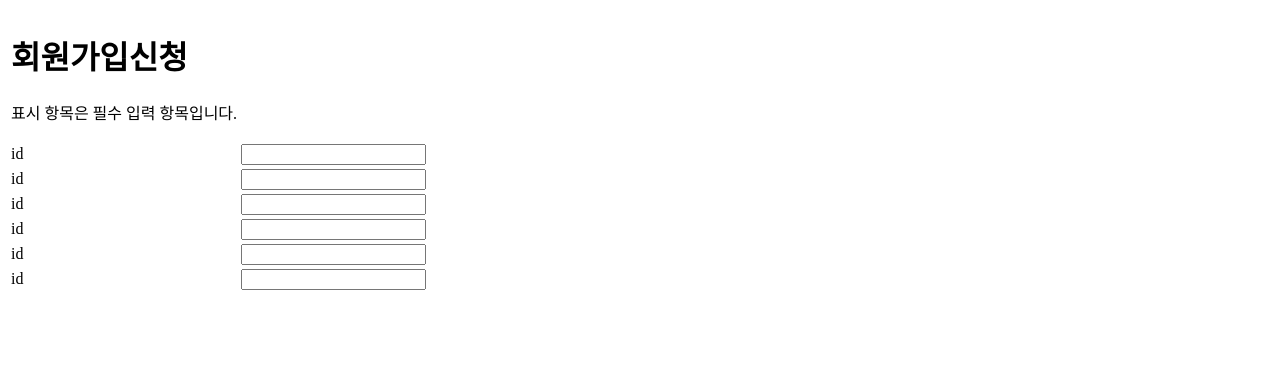
Repository: lch901/webStudy
Page: http://localhost/beanPro/register.jsp
An editor plug-in stored every save of this project. The page is shown before and after the next save, followed by the edit.
The browser window is 1280 px wide. The pictures show the whole page.
The page is served by Tomcat 9. Other server files are loaded and not shown.

Above is the page before, as saved 2020-08-25 00:35:30.

### beanPro/WebContent/register.jsp
<%@ page language="java" contentType="text/html; charset=UTF-8"
    pageEncoding="UTF-8"%>
<!DOCTYPE html PUBLIC "-//W3C//DTD HTML 4.01 Transitional//EN" "http://www.w3.org/TR/html4/loose.dtd">
<html>
<head>
<meta http-equiv="Content-Type" content="text/html; charset=UTF-8">
<title>Insert title here</title>
</head>
<body>
	<form action="resiger_ok.jsp" method="get">
		<table>
			<tr>
				<td><h1>회원가입신청</h1><p>표시 항목은 필수 입력 항목입니다.</p></td>
			</tr>
			<tr><td>id</td><td><input type="text" name="mem_uid"></td></tr>
			<tr><td>id</td><td><input type="text" name="mem_uid"></td></tr>
			<tr><td>id</td><td><input type="text" name="mem_uid"></td></tr>
			<tr><td>id</td><td><input type="text" name="mem_uid"></td></tr>
			<tr><td>id</td><td><input type="text" name="mem_uid"></td></tr>
			<tr><td>id</td><td><input type="text" name="mem_uid"></td></tr>
		</table>
	</form>
</body>
</html>

After the next save:
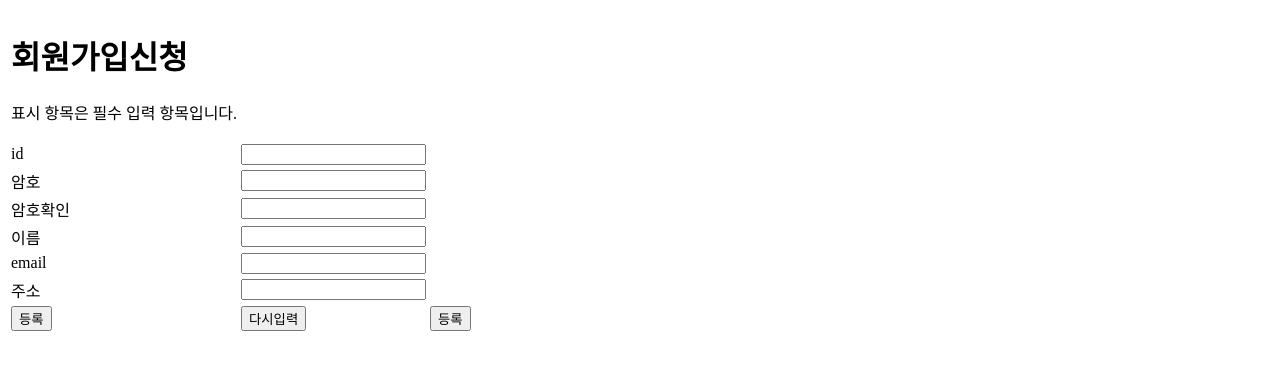
Saved 84 s later.
--- a/beanPro/WebContent/register.jsp
+++ b/beanPro/WebContent/register.jsp
@@ -13,11 +13,16 @@
 				<td><h1>회원가입신청</h1><p>표시 항목은 필수 입력 항목입니다.</p></td>
 			</tr>
 			<tr><td>id</td><td><input type="text" name="mem_uid"></td></tr>
-			<tr><td>id</td><td><input type="text" name="mem_uid"></td></tr>
-			<tr><td>id</td><td><input type="text" name="mem_uid"></td></tr>
-			<tr><td>id</td><td><input type="text" name="mem_uid"></td></tr>
-			<tr><td>id</td><td><input type="text" name="mem_uid"></td></tr>
-			<tr><td>id</td><td><input type="text" name="mem_uid"></td></tr>
+			<tr><td>암호</td><td><input type="text" name="mem_pwd"></td></tr>
+			<tr><td>암호확인</td><td><input type="text" name="mem_name"></td></tr>
+			<tr><td>이름</td><td><input type="text" name="mem_email"></td></tr>
+			<tr><td>email</td><td><input type="text" name="mem_regdate"></td></tr>
+			<tr><td>주소</td><td><input type="text" name="mem_addr"></td></tr>
+			<tr>
+				<td><input type="submit" value="등록"></td>
+				<td><input type="reset" value="다시입력"></td>
+				<td><input type="submit" value="등록"></td>
+			</tr>
 		</table>
 	</form>
 </body>
